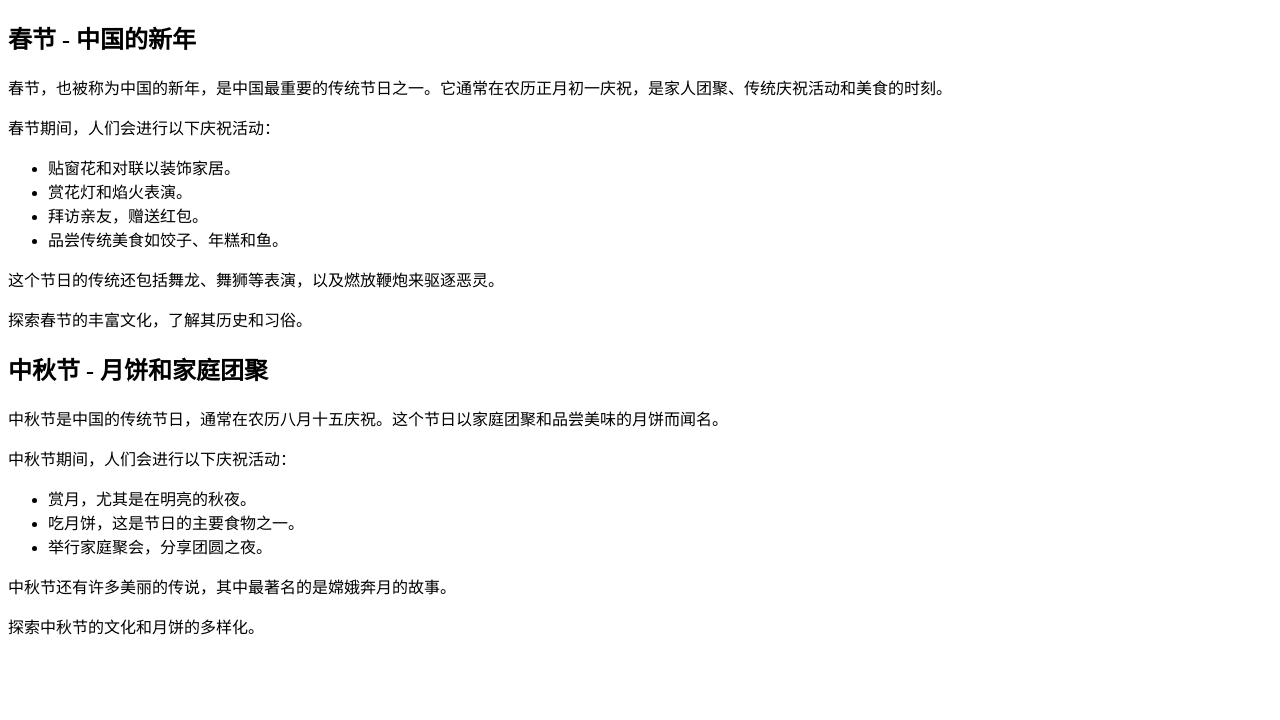
Repository: XueJie1/computer-operation-basics
Page: index.html
An editor plug-in stored every save of this project. The page is shown before and after the next save, followed by the edit.
The browser window is 1280 px wide. The pictures show the whole page.

Above is the page before, as saved 2023-08-30 14:10:01.
Console error: ReferenceError: $ is not defined
Not found: jquery-1.10.2.min.js

After the next save:
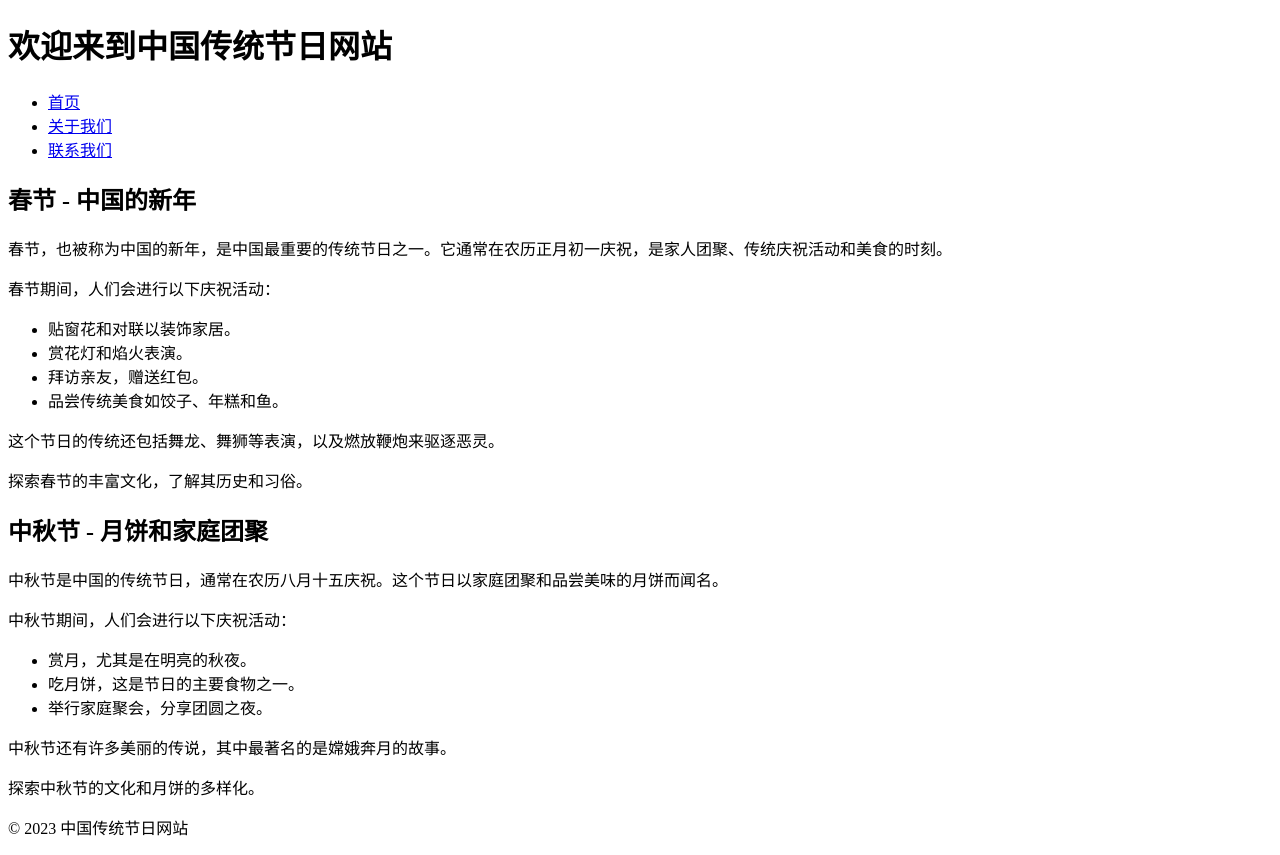
The error is gone.
Saved 29 s later.
--- a/index.html
+++ b/index.html
@@ -6,7 +6,7 @@
     <meta name="viewport" content="width=device-width, initial-scale=1.0">
     <title>中国传统节日</title>
     <link rel="stylesheet" type="text/css" href="styles.css" />
-    <script src="jquery-1.10.2.min.js"></script>
+    <script src="https://cdn.bootcdn.net/ajax/libs/jquery/3.6.4/jquery.js"></script>
 </head>
 
 <body>
